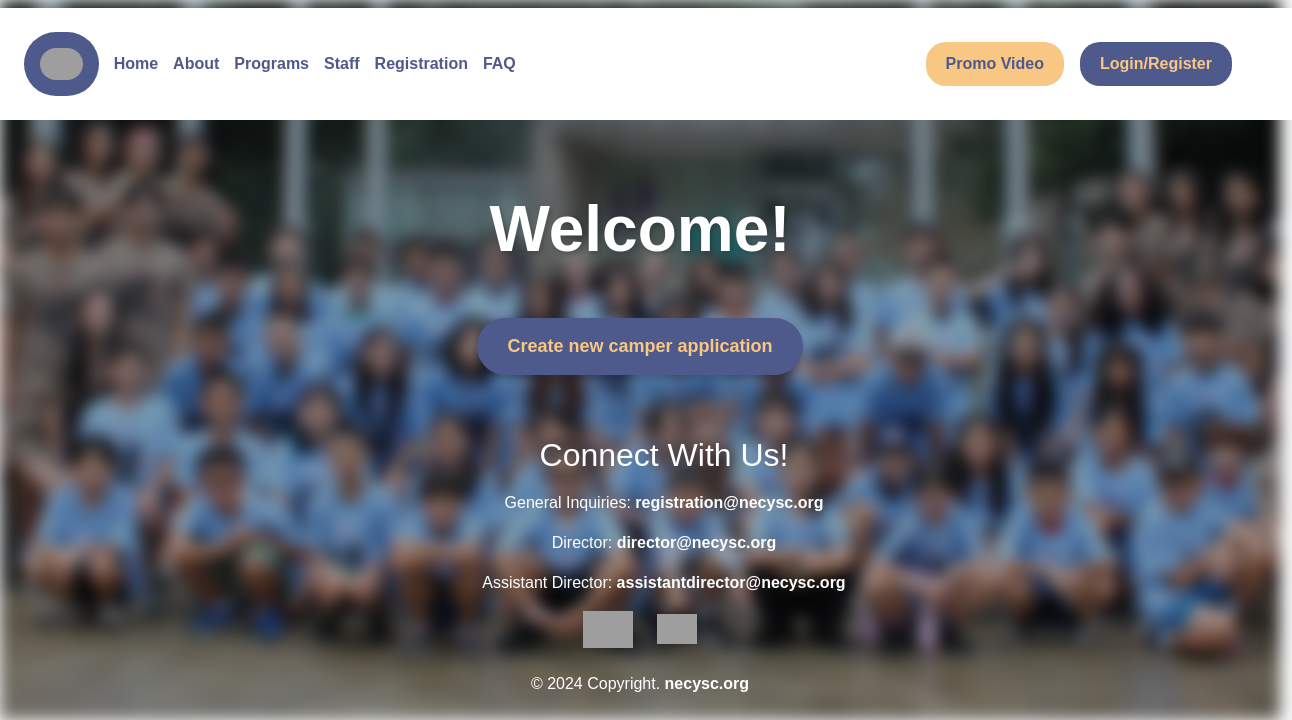
Repository: fullstackatbrown/project-necysc
Page: necysc_app/templates/necysc_app/applicant/index.html
An editor plug-in stored every save of this project. The page is shown before and after a run of saves, followed by the edit.
The browser window is 1280 px wide. The page is 1292 px wide, so the pictures cover 1292 px, including what lies to the right of the window. The pictures show the whole page.
Pictures or frames that could not be fetched are drawn as grey boxes. Some web fonts or font styles are not loaded; a fallback is used. The template is drawn by Django 5.2. The application's start-up code is not run. The template is opened directly, without the code that normally fills it, so the values that code supplies are empty.

Above is the page before, as saved 2024-12-04 02:02:47.

After the next 2 saves:
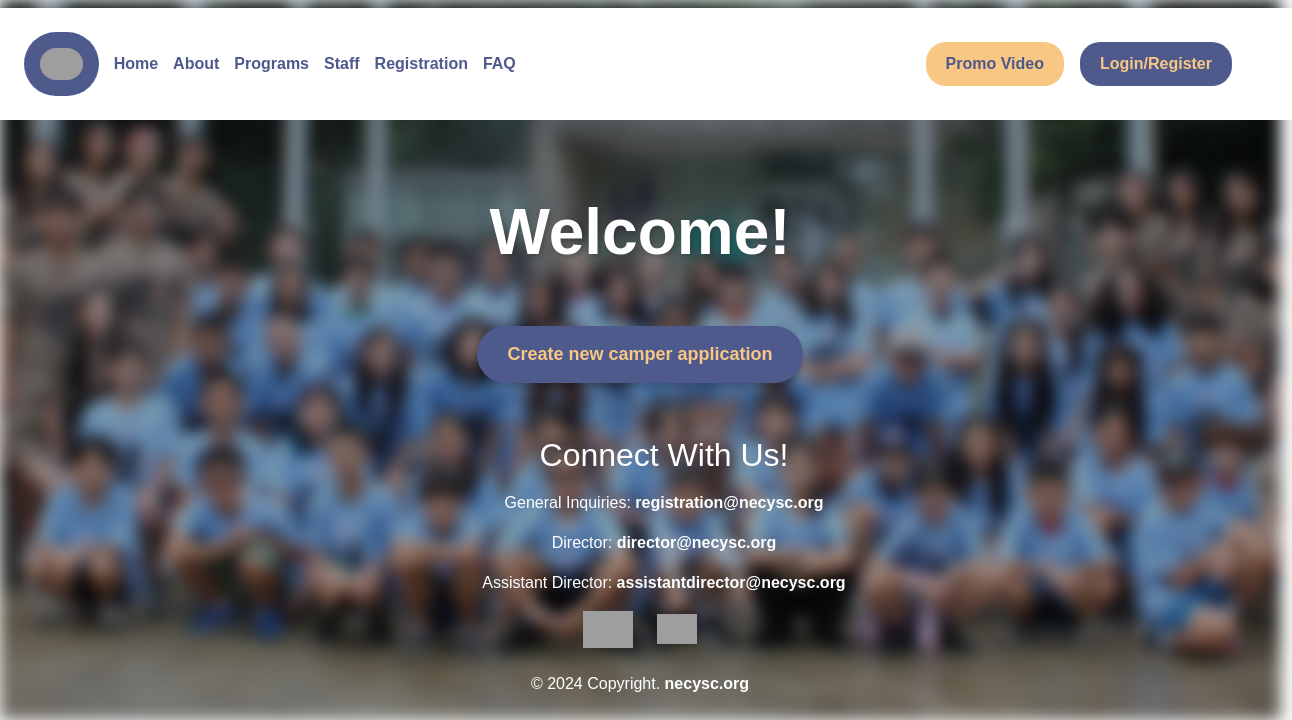
The 2 saves are shown as one change because they came seconds apart.
The last was saved 7 s later.
--- a/necysc_app/templates/necysc_app/applicant/index.html
+++ b/necysc_app/templates/necysc_app/applicant/index.html
@@ -106,7 +106,7 @@
         flex-direction: column; /* 元素垂直排列 */
         justify-content: center; /* 垂直居中 */
         align-items: center; /* 水平居中 */
-        height: 12vh; /* 占页面高度的三分之一 */
+        height: 13vh; /* 占页面高度的三分之一 */
         margin-top: 5vh; /* 页面顶部留空 */
     }
 
